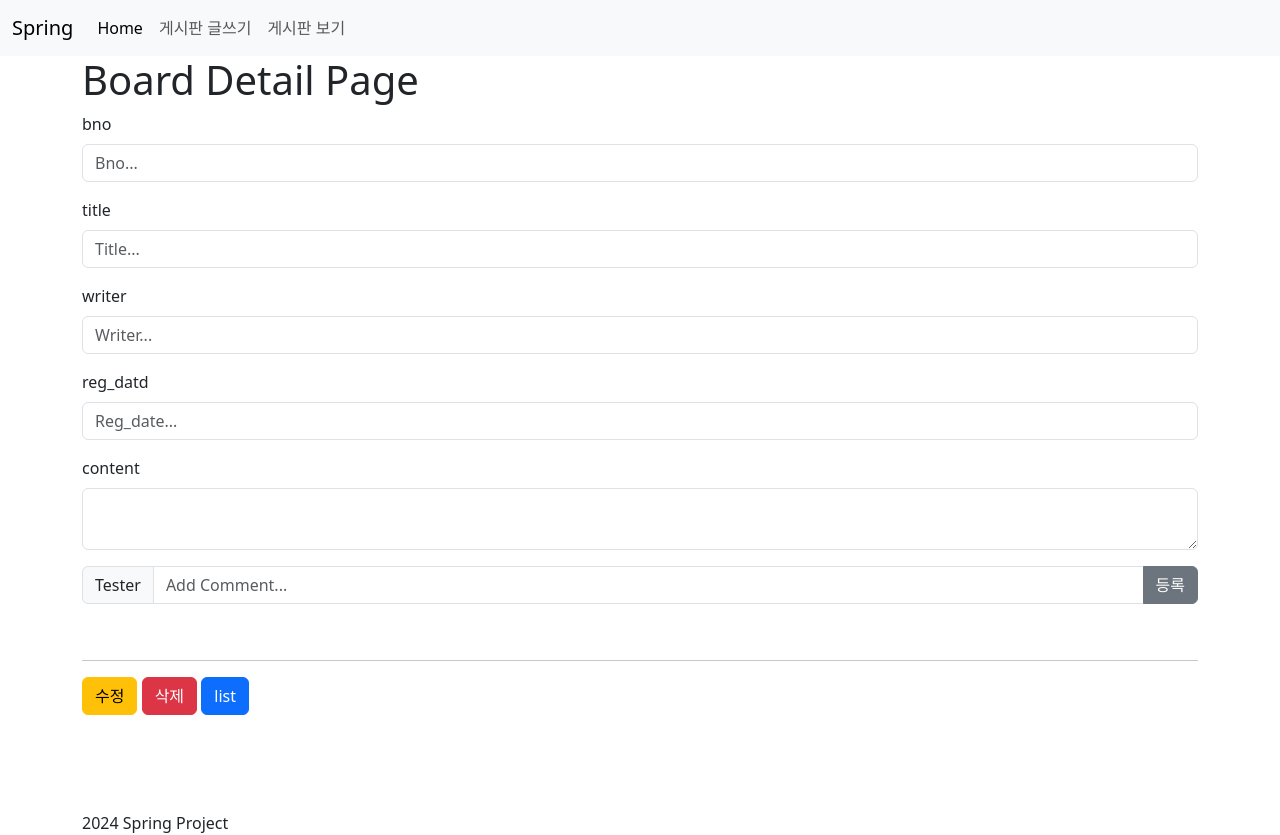
Repository: havanara/240423_SPRING_Project
Page: http://localhost/spring_test2/WEB-INF/views/board/detail.jsp
These files come from the project's save history. The page is drawn as it stood at one moment and after the next save; the edit follows.
The browser window is 1280 px wide. The pictures show the whole page.
The page is served by Tomcat 9. Nobody is signed in. Other server files are loaded and not shown. The template is opened directly, without the code that normally fills it, so the values that code supplies are empty.

Above is the page before, as saved 2024-05-02 03:15:41.

### spring_test2/src/main/webapp/WEB-INF/views/board/detail.jsp
<%@ page language="java" contentType="text/html; charset=UTF-8"
    pageEncoding="UTF-8"%>
    <%@ taglib uri="http://java.sun.com/jsp/jstl/core" prefix="c" %>

<jsp:include page="../layout/header.jsp" />

<div class="container-md">
<h1>Board Detail Page</h1>
<!-- bdto 값중에 bvo만 떼서 bvo에 넣겠다 -->
<%-- <c:set value="${bdto.bvo }" var="bvo"></c:set>  --%>
	<div class="mb-3">
	  <label for="n" class="form-label">bno</label>
	  <input type="text" class="form-control" name="bno" id="n" value="${bvo.bno }" readonly="readonly" placeholder="Bno...">
	</div>
	<div class="mb-3">
	  <label for="t" class="form-label">title</label>
	  <input type="text" class="form-control" name="title" id="t" value="${bvo.title }" readonly="readonly" placeholder="Title...">
	</div>
	<div class="mb-3">
	  <label for="w" class="form-label">writer</label>
	  <input type="text" class="form-control" name="writer" id="w" value="${bvo.writer }" readonly="readonly" placeholder="Writer...">
	</div>
	<div class="mb-3">
	  <label for="r" class="form-label">reg_datd</label>
	  <input type="text" class="form-control" name="reg_date" id="r" value="${bvo.regDate }" readonly="readonly" placeholder="Reg_date...">
	</div>
	<div class="mb-3">
	  <label for="c" class="form-label">content</label>
	  <textarea class="form-control" name="content" id="c" aria-label="With textarea" readonly="readonly">${bvo.content }</textarea>
	</div>

	<!-- file upload 표시 라인 -->
	<!-- c:set사이에는 뭐가 들어가면 에러남 -->
	<%-- <c:set value="${bdto.flist }" var="flist"></c:set>
	<div class="mb-3">
		<ul class="list-group list-group-flush">
		<!-- 파일 개수만큼 li를 반복하여 파일 표시 타입이 1인 경우만 표시 -->
		<!-- li 안에 div를 넣고 거기에 img 표시 -->
		<!-- div를 넣고 파일이름, 작성일, span 넣어 size 표기 -->
			<c:forEach items="${flist }" var="fvo">
	  			<li class="list-group-item">
	  				<c:choose>
	  					<c:when test="${fvo.file_type > 0}">
							<div>
								<img alt="" src="/upload/${fvo.save_dir }/${fvo.uuid}_th_${fvo.file_name}">
							</div>
	  					</c:when>
	  					<c:otherwise>
	  						<div>
	  							<!-- 파일 타입이 0인 경우 아이콘 모양 하나 가져와서 넣기 -->
	  						</div>
	  					</c:otherwise>
	  				</c:choose>
	  				<div>
	  					<!-- 파일이름, 작성일, size -->
	  					<div>${fvo.file_name }</div>
	  					${fvo.reg_date }
	  					<span class="badge rounded-pill text-bg-dark">${fvo.file_size }Byte</span>
	  				</div>
				</li>
			</c:forEach>
		</ul>
	</div>
	<br> <hr> --%>

	<!-- 댓글 라인 -->
	<!-- 댓글 등록 라인 -->
 	<div class="input-group mb-3">
	  <span class="input-group-text" id="cmtWriter">Tester</span>
	  <input type="text" id="cmtText" class="form-control" placeholder="Add Comment..." aria-label="Username" aria-describedby="basic-addon1">
	  <button type="button" id="cmtAddBtn" class="btn btn-secondary">등록</button>
	</div>

	<!-- 댓글 출력 라인 -->
<!-- 	<div class="accordion" id="accordionExample">

	  <div class="accordion-item">
	    <h2 class="accordion-header">
	      <button class="accordion-button" type="button" data-bs-toggle="collapse" data-bs-target="#collapseOne" aria-expanded="true" aria-controls="collapseOne">
	        cno, writer, reg_date
	      </button>
	    </h2>
	    <div id="collapseOne" class="accordion-collapse collapse show" data-bs-parent="#accordionExample">
	      <div class="accordion-body">
	        <p>댓글 내용 표시</p>
	      </div>
	    </div>
	  </div>

	</div> -->
	<br> <hr>

	<%-- <c:if test="${ses.id eq bvo.writer}"> --%>
		<a href="/board/modify?bno=${bvo.bno }"><button type="button" class="btn btn-warning">수정</button></a>
		<a href="/board/remove?bno=${bvo.bno }"><button type="button" class="btn btn-danger">삭제</button></a>
	<%-- </c:if> --%>
	<a href="/board/list"><button type="button" class="btn btn-primary">list</button></a>
	<br><br><br><br><br>
</div>

<!-- <script type="text/javascript">
	const bnoVal = `<c:out value = "${bvo.bno}" />`;
	const id = `<c:out value = "${ses.id}" />`;
	console.log(bnoVal);
</script>

<script type="text/javascript" src="/resources/js/boardDetailComment.js"></script>

<script type="text/javascript">
	spreadCommentList(bnoVal);
</script> -->

<jsp:include page="../layout/footer.jsp" />

</body>
</html>

### spring_test2/src/main/webapp/WEB-INF/views/layout/header.jsp
<%@ page language="java" contentType="text/html; charset=UTF-8"
    pageEncoding="UTF-8"%>
    <%@ taglib uri="http://java.sun.com/jsp/jstl/core" prefix="c" %>
<!DOCTYPE html>
<html>
<head>
<meta charset="UTF-8">
<title>header.jsp</title>
<link href="https://cdn.jsdelivr.net/npm/bootstrap@5.3.3/dist/css/bootstrap.min.css" rel="stylesheet" integrity="sha384-QWTKZyjpPEjISv5WaRU9OFeRpok6YctnYmDr5pNlyT2bRjXh0JMhjY6hW+ALEwIH" crossorigin="anonymous">
<script src="https://cdn.jsdelivr.net/npm/bootstrap@5.3.3/dist/js/bootstrap.bundle.min.js" integrity="sha384-YvpcrYf0tY3lHB60NNkmXc5s9fDVZLESaAA55NDzOxhy9GkcIdslK1eN7N6jIeHz" crossorigin="anonymous"></script>
</head>
<body>
<nav class="navbar navbar-expand-lg bg-body-tertiary">
  <div class="container-fluid">
    <a class="navbar-brand" href="#">Spring</a>
    <button class="navbar-toggler" type="button" data-bs-toggle="collapse" data-bs-target="#navbarSupportedContent" aria-controls="navbarSupportedContent" aria-expanded="false" aria-label="Toggle navigation">
      <span class="navbar-toggler-icon"></span>
    </button>
    <div class="collapse navbar-collapse" id="navbarSupportedContent">
      <ul class="navbar-nav me-auto mb-2 mb-lg-0">
        <li class="nav-item">
          <a class="nav-link active" aria-current="page" href="/">Home</a>
        </li>
        <li class="nav-item">
          <a class="nav-link" href="/board/register">게시판 글쓰기</a>
        </li>
        <li class="nav-item">
          <a class="nav-link" href="/board/list">게시판 보기</a>
        </li>
<%--         <li class="nav-item">
          <a class="nav-link" href="/member/register">회원가입</a>
        </li>

        <c:if test="${ses.id eq null }">
        <li class="nav-item">
          <a class="nav-link" href="/member/login">로그인</a>
        </li>
        </c:if>

        <c:if test="${ses.id ne null }">
        <li class="nav-item">
          <a class="nav-link" href="/member/logout">로그아웃</a>
        </li>

        <li class="nav-item">
          <a class="nav-link" href="/member/modify">${ses.id }(${ses.email })님 환영합니다!</a>
        </li>
        </c:if> --%>

      </ul>
    </div>
  </div>
</nav>

### spring_test2/src/main/webapp/WEB-INF/views/layout/footer.jsp
<%@ page language="java" contentType="text/html; charset=UTF-8"
    pageEncoding="UTF-8"%>
<!DOCTYPE html>

<div class="container-md">
	2024 Spring Project
</div>

</body>
</html>

After the next save:
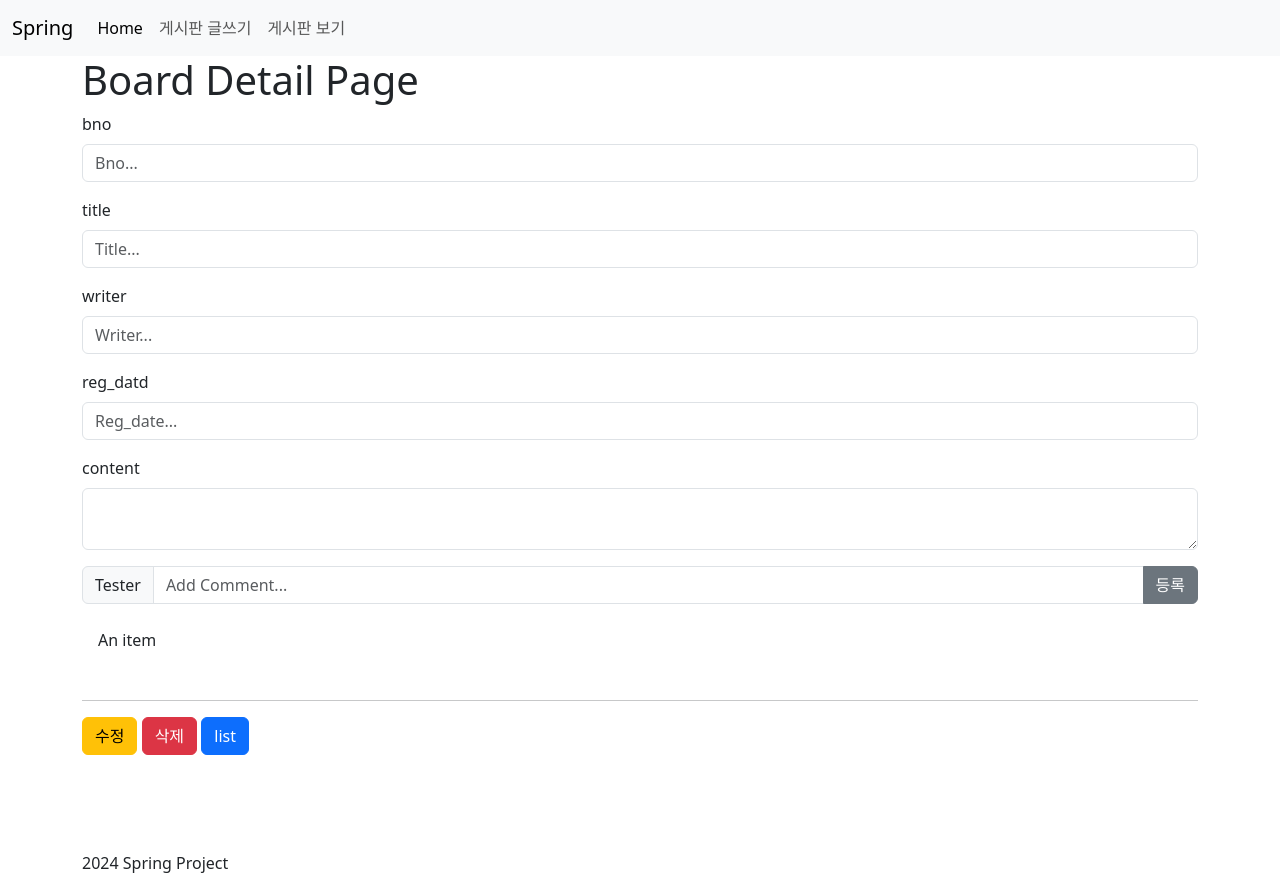
Saved 41 s later.
--- a/spring_test2/src/main/webapp/WEB-INF/views/board/detail.jsp
+++ b/spring_test2/src/main/webapp/WEB-INF/views/board/detail.jsp
@@ -72,6 +72,12 @@
 	</div>
 
 	<!-- 댓글 출력 라인 -->
+	<ul class="list-group list-group-flush">
+  		<li class="list-group-item">An item</li>
+	</ul>
+
+
+	<!-- 댓글 출력 아코디언 방식 -->
 <!-- 	<div class="accordion" id="accordionExample">
 
 	  <div class="accordion-item">
